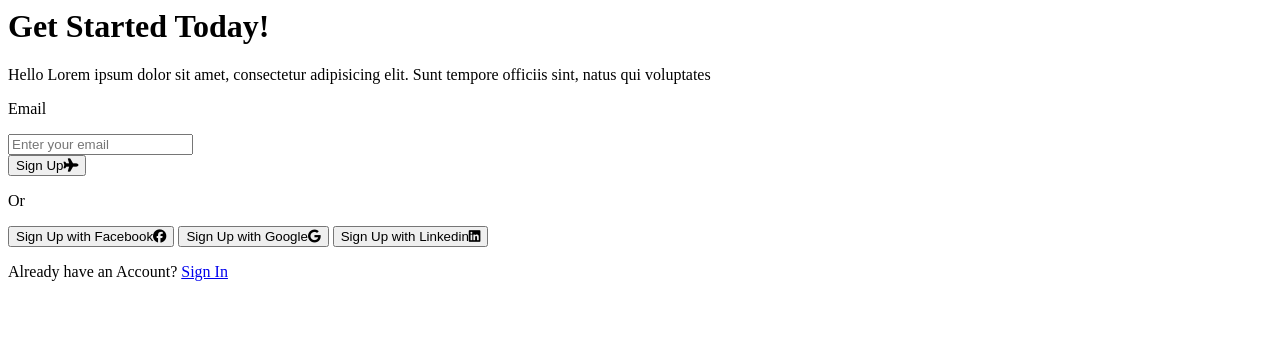
Repository: Femi007-gh/Login-V2
Page: index.html
An editor plug-in stored every save of this project. The page is shown before and after a run of saves, followed by the edit.
The browser window is 1280 px wide. The pictures show the whole page.

Above is the page before, as saved 2025-01-27 06:30:26.

After the next 3 saves:
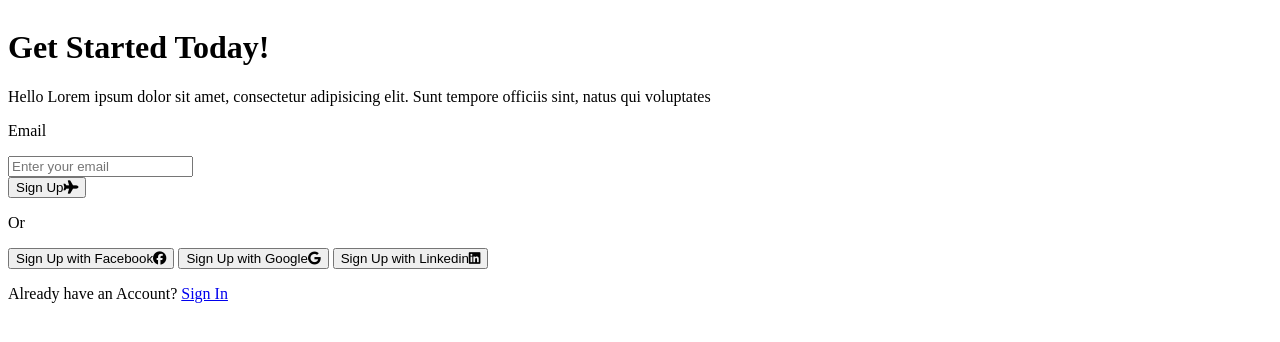
The 3 saves are shown as one change because they came seconds apart.
The last was saved 14 s later.
--- a/style.css
+++ b/style.css
@@ -7,5 +7,5 @@ body {
 }
 
 .container {
-  display
+  display: flex;
 }
